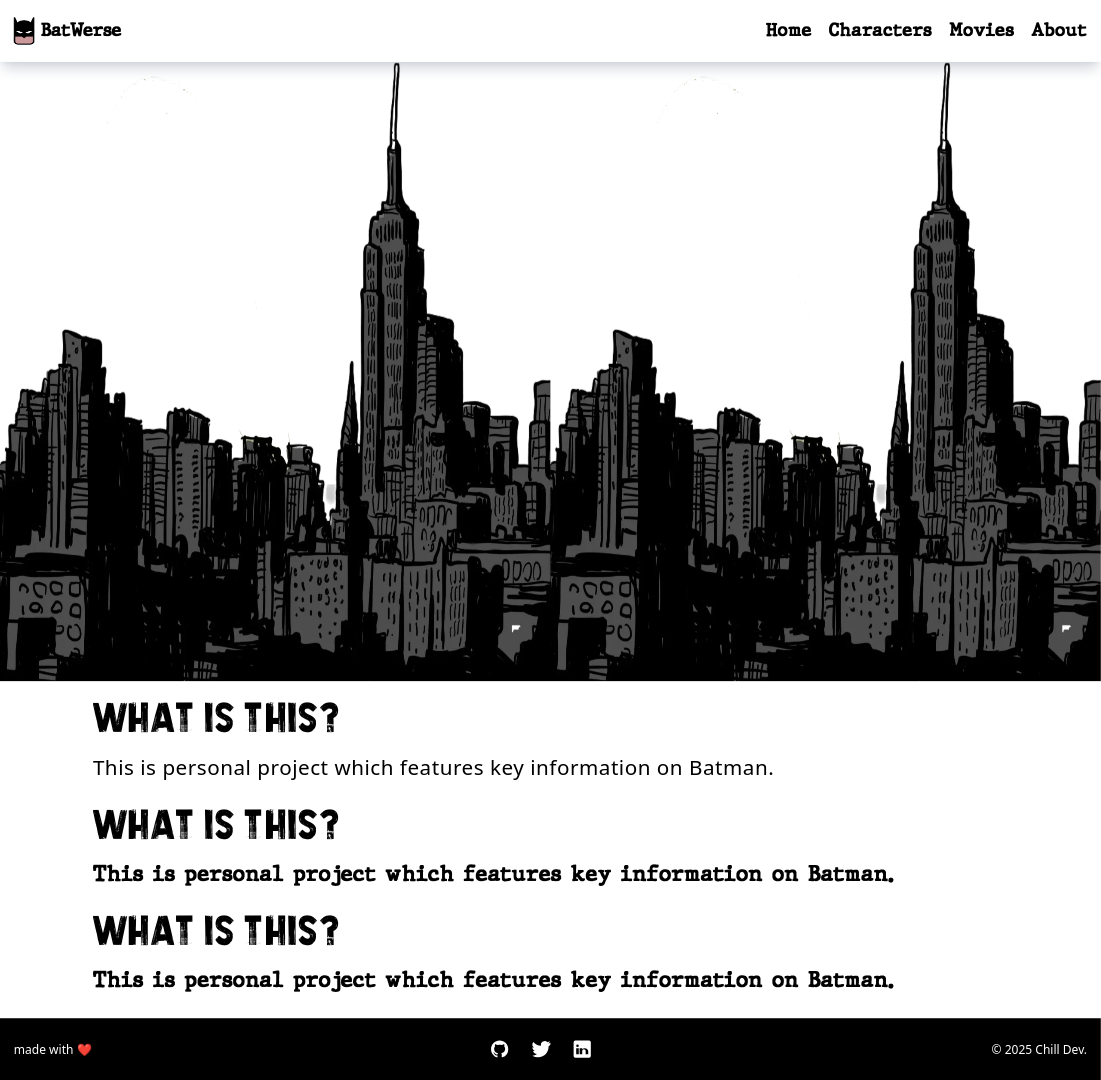
Repository: pgyunknown/project_Batman
Page: /
These files come from the project's save history. The page is drawn as it stood at one moment and after a run of saves; the edit follows.
The browser window is 1280 px wide. The pictures show the whole page, at 86% of full size.
Some web fonts or font styles are not loaded; a fallback is used. The project was rebuilt for these pictures with package versions that can differ from the ones it lists, and the page was loaded fresh each time. Also part of the build but not shown: vite.config.js, src/pages/Characters.jsx, src/pages/Movies.jsx, src/pages/About.jsx.

Above is the page before, as saved 2025-03-19 20:33:02.

### src/main.jsx
import { StrictMode } from 'react'
import { createRoot } from 'react-dom/client'
import './index.css'
import App from './App.jsx'
import { BrowserRouter } from 'react-router-dom'
import MoviesDataProvider from './data/MoviesContextData.jsx'
import CharDataProvider from './data/CharContextData.jsx'

createRoot(document.getElementById('root')).render(
  <BrowserRouter>
    <MoviesDataProvider>
      <CharDataProvider>
        <App/>
        </CharDataProvider>
    </MoviesDataProvider>
  </BrowserRouter>
)

### src/index.css
@import url('https://fonts.googleapis.com/css2?family=Montaga&family=Titillium+Web:ital,wght@0,200;0,300;0,400;0,600;0,700;0,900;1,200;1,300;1,400;1,600;1,700&display=swap');

@font-face {
    font-family: "Batman";
    src: url("src/fonts/JMH Typewriter-Black.otf") format("opentype");
}

@font-face {
    font-family: "Rushford";
    src: url("src/fonts/Rushford Printed.otf") format("opentype");
}

@font-face {
    font-family: "Personal";
    src: url("src/fonts/Personal Services.ttf") format("truetype");
}

@font-face {
    font-family: "HeadingNow";
    src: url("src/fonts/HeadingNowTrial-04Regular.ttf");
}

@font-face {
    font-family: "American";
    src: url("src/fonts/American Captain.otf");
}

@font-face {
    font-family: "Inter";
    src: url("src/fonts/Inter-VariableFont_opsz,wght.ttf");
}


@import "tailwindcss";

@theme{
    --font-batmanFont: "Batman", sans-serif;
    --font-web: Titillium Web, "sans-serif";
    --font-doto: Doto, sans-serif;
    --font-rushford : Rushford,"sans-serif";
    --font-personal : Personal,"sans-serif";
    --font-heading:HeadingNow,"sans-serif";
    --font-american:American,"sans-serif";
    --font-inter:Inter,"sans-serif";
}

### src/App.jsx
import { Route, Routes } from "react-router-dom";
import Header from "./components/Header";
import Home from "./pages/Home";
import Characters from "./pages/Characters";
import Movies from "./pages/Movies";
import About from "./pages/About";
import Footer from "./components/Footer";



const App = () => {
  return (
    <>
    <Header></Header>

      <Routes>
        <Route path="/" element={<Home/>}></Route>
        <Route path="/Characters" element={<Characters/>}></Route>
        <Route path="/Movies" element={<Movies />}></Route>
        <Route path="/About" element={<About />}></Route>
        </Routes>
      <Footer></Footer>
    </>
  );
}

export default App

### src/data/MoviesContextData.jsx
import React from 'react'
import { createContext } from 'react';
import App from '../App';

  export const MovieDataContext = createContext();

const MoviesDataProvider = ({ children }) => {
const movies = [
  {
    "title": "Batman: The Movie",
    "year": 1966,
    "director": "Leslie H. Martinson",
    "type": "Live-Action",
    "poster": "public/Batman1966.jpg",
    "rating": 6.5,
    "trailer": "https://youtu.be/TdG2V4vhPjg?si=4gb9nQj87XjFFF5h"
  },
  {
    "title": "Batman",
    "year": 1989,
    "director": "Tim Burton",
    "type": "Live-Action",
    "poster": "public/Batman1989.jpg",
    "rating": 7.5,
    "trailer": "https://youtu.be/dgC9Q0uhX70?si=pfMCoPX4PSPvW1a7"
  },
  {
    "title": "Batman Returns",
    "year": 1992,
    "director": "Tim Burton",
    "type": "Live-Action",
    "poster": "public/BatmanReturns.jpg",
    "rating": 7.1,
    "trailer": "https://youtu.be/repBHGIny0c?si=GtSZZTmQY5YuPTcJ"
  },
  {
    "title": "Batman: Mask of the Phantasm",
    "year": 1993,
    "director": "Eric Radomski, Bruce Timm",
    "type": "Animated",
    "poster": "public/Batman_mask_of_the_phantasm.jpg",
    "rating": 7.8,
    "trailer": "https://youtu.be/imtYrQEZ4H8?si=7nnq-efhg3wbCFPN"
  },
  {
    "title": "Batman Forever",
    "year": 1995,
    "director": "Joel Schumacher",
    "type": "Live-Action",
    "poster": "public/Batman_Forever_poster.png",
    "rating": 5.4,
    "trailer": "https://youtu.be/ROLvjRB4E_Q?si=qPgISb9PCPN-YFEI"
  },
  {
    "title": "Batman & Robin",
    "year": 1997,
    "director": "Joel Schumacher",
    "type": "Live-Action",
    "poster": "public/Batman_&_Robin.jpg",
    "rating": 3.7,
    "trailer": "https://youtu.be/vHoCb78b97A?si=Zfa3RYv36ES8baUg"
  },
  {
    "title": "Batman Begins",
    "year": 2005,
    "director": "Christopher Nolan",
    "type": "Live-Action",
    "poster": "public/Batman_Begins.jpg",
    "rating": 8.2,
    "trailer": "https://youtu.be/qHhHIbNuok8?si=1Gx6gT5VXzpfr3cm"
  },
  {
    "title": "The Dark Knight",
    "year": 2008,
    "director": "Christopher Nolan",
    "type": "Live-Action",
    "poster": "public/The_Dark_Knight.jpg",
    "rating": 9.0,
    "trailer": "https://youtu.be/EXeTwQWrcwY?si=jm1wxVJ8UWzOz0uy"
  },
  {
    "title": "The Dark Knight Rises",
    "year": 2012,
    "director": "Christopher Nolan",
    "type": "Live-Action",
    "poster": "public/Dark_knight_rises.jpg",
    "rating": 8.4,
    "trailer": "https://youtu.be/g8evyE9TuYk?si=w-kE5NZj5gE4Pf3f"
  },
  {
    "title": "Batman v Superman: Dawn of Justice",
    "year": 2016,
    "director": "Zack Snyder",
    "type": "Live-Action",
    "poster": "public/Batman_v_Superman_Dawn_of_Justice.jpg",
    "rating": 6.4,
    "trailer": "https://youtu.be/0WWzgGyAH6Y?si=v3P8qx-550BwJkFd"
  },
  {
    "title": "The Lego Batman Movie",
    "year": 2017,
    "director": "Chris McKay",
    "type": "Animated",
    "poster": "public/The_Lego_Batman_Movie.jpg",
    "rating": 7.3,
    "trailer": "https://youtu.be/zhIRbLHVD8o?si=ZEZxlmZ5Ggvd7l0j"
  },
  {
    "title": "Batman and Harley Quinn",
    "year": 2017,
    "director": "Sam Liu",
    "type": "Animated",
    "poster": "public/Batman_Harly_Queen.jpg",
    "rating": 5.9,
    "trailer": "https://youtu.be/z0pI8TT9AZ0?si=LLQY_2KE5143wwRL"
  },
  {
    "title": "The Batman",
    "year": 2022,
    "director": "Matt Reeves",
    "type": "Live-Action",
    "poster": "public/The_Batman.jpg",
    "rating": 7.9,
    "trailer": "https://youtu.be/mqqft2x_Aa4?si=RHrFASm1bH8ZrcCo"
  }
];


  return (
    <MovieDataContext.Provider value={{ movies }}>
      {children}
  </MovieDataContext.Provider>
  )
}



export default MoviesDataProvider

### src/data/CharContextData.jsx
import { createContext, useContext } from "react";

export const CharDataContext = createContext();
const CharDataProvider = ({ children }) => {

const coreCharacters = [
  {
    "name": "Bruce Wayne",
    "alias": "Batman",
    "firstAppearance": "Detective Comics #27 (1939)",
    "affiliation": ["Justice League", "Bat-Family"],
    "abilities": ["Peak human condition", "Martial arts master", "Genius-level intellect", "Expert detective", "High-tech gadgets"],
    "notableStorylines": ["Year One", "The Dark Knight Returns", "Hush", "The Killing Joke"],
    "iconicQuotes": ["It's not who I am underneath, but what I do that defines me."],
    "image": "public/BatmanDp.webp"
  },
  {
    "name": "Dick Grayson",
    "alias": "Robin / Nightwing",
    "firstAppearance": "Detective Comics #38 (1940)",
    "affiliation": ["Teen Titans", "Justice League", "Bat-Family"],
    "abilities": ["Master acrobat", "Skilled martial artist", "Leadership", "Expert detective"],
    "notableStorylines": ["The Judas Contract", "Batman: Prodigal", "Nightwing: Year One"],
    "iconicQuotes": ["Batman taught me everything except how to let someone else in."],
    "image": "public/Dick _Grayson.webp"
  },
  {
    "name": "Selina Kyle",
    "alias": "Catwoman",
    "firstAppearance": "Batman #1 (1940)",
    "affiliation": ["Bat-Family", "Gotham's criminal underworld"],
    "abilities": ["Expert thief", "Martial artist", "Agility and acrobatics", "Skilled whip user"],
    "notableStorylines": ["Hush", "Batman: Year One", "Catwoman: When in Rome"],
    "iconicQuotes": ["I am Catwoman. Hear me roar."],
    "image": "public/Catwoman.jpg"
  },
  {
    "name": "Joker",
    "alias": "Clown Prince of Crime",
    "firstAppearance": "Batman #1 (1940)",
    "affiliation": ["Gotham's criminal underworld"],
    "abilities": ["Criminal mastermind", "Chemistry and engineering", "Psychological manipulation", "High unpredictability"],
    "notableStorylines": ["The Killing Joke", "Death of the Family", "A Death in the Family"],
    "iconicQuotes": ["Why so serious?", "All it takes is one bad day."],
    "image": "public/Joker.png"
  },
  {
    "name": "Bane",
    "alias": "The Man Who Broke the Bat",
    "firstAppearance": "Batman: Vengeance of Bane #1 (1993)",
    "affiliation": ["League of Assassins"],
    "abilities": ["Superhuman strength (with Venom)", "Genius-level strategist", "Skilled hand-to-hand combatant"],
    "notableStorylines": ["Knightfall", "Bane of the Demon"],
    "iconicQuotes": ["I will break you, Batman."],
    "image": "./Bane.png"
  },
  {
    "name": "Two-Face",
    "alias": "Harvey Dent",
    "firstAppearance": "Detective Comics #66 (1942)",
    "affiliation": ["Gotham's criminal underworld"],
    "abilities": ["Expert strategist", "Marksmanship", "Knowledge of the law"],
    "notableStorylines": ["The Long Halloween", "Dark Victory"],
    "iconicQuotes": ["Two minds are better than one."],
    "image": "public/TwoFace.png"
  },
  {
    "name": "Ra's al Ghul",
    "alias": "The Demon's Head",
    "firstAppearance": "Batman #232 (1971)",
    "affiliation": ["League of Assassins"],
    "abilities": ["Immortality (via Lazarus Pit)", "Master tactician", "Skilled martial artist"],
    "notableStorylines": ["Son of the Demon", "Birth of the Demon"],
    "iconicQuotes": ["Detective, join me, and we can save the world."],
    "image": "public/Ra's_al_Ghul.png"
  },
  {
    "name": "Harley Quinn",
    "alias": "Dr. Harleen Quinzel",
    "firstAppearance": "Batman: The Animated Series (1992)",
    "affiliation": ["Gotham's criminal underworld", "Suicide Squad"],
    "abilities": ["Psychiatric expertise", "Gymnastics", "Immunity to toxins"],
    "notableStorylines": ["Mad Love", "Harley Quinn: Breaking Glass"],
    "iconicQuotes": ["I'm not just a sidekick, puddin'."],
    "image": "public/HarleyQuinn.jpg"
  },
  {
    "name": "Scarecrow",
    "alias": "Dr. Jonathan Crane",
    "firstAppearance": "World's Finest Comics #3 (1941)",
    "affiliation": ["Gotham's criminal underworld"],
    "abilities": ["Expert in fear psychology", "Use of fear toxins"],
    "notableStorylines": ["Fear State", "As the Crow Flies"],
    "iconicQuotes": ["I am fear incarnate."],
    "image": "public/Scarecrow.png"
  },
  {
    "name": "Poison Ivy",
    "alias": "Pamela Isley",
    "firstAppearance": "Batman #181 (1966)",
    "affiliation": ["Gotham's criminal underworld", "Birds of Prey"],
    "abilities": ["Control over plants", "Toxic immunity", "Seductive manipulation"],
    "notableStorylines": ["Hush", "Cycle of Life and Death"],
    "iconicQuotes": ["Nature always wins."],
    "image": "public/Poison_Ivy.png"
  }
];

  return (
    <CharDataContext.Provider value={{coreCharacters}}>
      {children}
    </CharDataContext.Provider>
  )
}

export default CharDataProvider

### src/components/Header.jsx
  // import React from 'react'
  // import { useState } from 'react'

  // const Header = () => {
  //   const [mobileOpen, setMobileOpen] = useState(false)

  //   const toggleButton = () => {
  //     setMobileOpen(!mobileOpen);
  //   }
  //   return (
  //     <>
  //       <nav className='sticky z-50 top-0 py-5  drop-shadow-2xl'>
  //         <div className='container px-4 mx-auto relative text-sm'>
  //           <div className='flex justify-center items-center '>
  //             <div className='flex items-center flex-shrink-0'>
  //               <img className='h-8 w-6 mr-2' src='/BatLogo.png' />
  //               <span className='text-xl tracking-tight'>BatWerse</span>
  //             </div>
  //             <ul className='hidden lg:flex md:flex ml-5 space-x-5'>
  //               <li>Home</li>
  //               <li>Chart</li>
  //               <li>Movies</li>
  //               <li>About</li>
  //             </ul>
  //             <div className='lg:hidden md:hidden sm:order-3'>
  //             <button onClick={toggleButton}>
  //               {mobileOpen ? (
  //                 <img src='/batOpen.png' alt='Open Icon' className='w-6 h-6' />
  //               ) : (
  //                 <img src='/batClose.png' alt='Close Icon' className='w-6 h-6' />
  //               )}
  //             </button>
  //           </div>
  //           </div>
  //         </div>
  //       </nav>
  //     </>
  //   )
  // }

  // export default Header

  import React, { useState } from 'react';
import { Link } from 'react-router-dom';

  const Header = () => {
    const [mobileOpen, setMobileOpen] = useState(false);

    const toggleButton = () => {
      setMobileOpen(!mobileOpen);
    };
    const closeMenu=()=>setMobileOpen(false);
    return (
      <nav className=' z-50 top-0 py-5 shadow-lg shadow-gray-300  bg-white '>
        <div className='container px-4 mx-auto relative text-sm'>
          <div className='flex justify-between items-center'>
            <div className='flex items-center flex-shrink-0 '>
              <Link to={'/'}><img className='h-8 w-6 mr-2' src='/batMan.png' alt='Logo' /></Link>
              <span className='sm:text-xl text-lg tracking-tight font-batmanFont'>BatWerse</span>
            </div>

            <ul className='hidden lg:flex md:flex  space-x-5 text-xl font-batmanFont'>
              <li><Link to='/'>Home</Link></li>
              <li><Link to='/Characters'>Characters</Link></li>
              <li><Link to='/Movies'>Movies</Link></li>
              <li><Link to='/About'>About</Link></li>
            </ul>

            <div className='lg:hidden md:hidden'>
              <button onClick={toggleButton} className="object-cover ">
                {mobileOpen ? (
                  <img src='/batOpen.png'  alt='Open Icon' className='h-12 w-8' />
                ) : (
                  <img src='/batClose.png' alt='Close Icon' className='h-8 w-8 ' />
                )}
              </button>
            </div>
          </div>
            {mobileOpen && (
            <div className='fixed right-0 z-100 bg-black lg:hidden md:hidden flex justify-center items-center w-full p-2  '>
              <ul className='flex flex-col text-white  space-y-2 tracking-widest font-thin font-batmanFont'>
              <li><Link to='/' onClick={closeMenu}>Home</Link></li>
              <li><Link to='/Characters' onClick={closeMenu}>Characters</Link></li>
              <li><Link to='/Movies' onClick={closeMenu}>Movies</Link></li>
              <li><Link to='/About' onClick={closeMenu}>About</Link></li>
              </ul>
            </div>
          )}
        </div>

      </nav>
    );
  };

  export default Header;

### src/pages/Home.jsx
import React from 'react'
import Header from '../components/Header'

const Home = () => {
  return (
    <>
    <div className="w-full sm:h-screen ">
      <img src="/bannerPic.webp" className="w-full  sm:h-[100vh] h-[50vh] " />
      </div>
      <div className='sm:my-5 sm:mx-25  my-5 mx-5'>
        <h1 className='sm:text-4xl sm:p-2 text-xl font-personal'>What is this?</h1>
        <p className='sm:text-2xl sm:p-2 text-sm tracking-wide ōfont-batmanFont'>
          This is personal project which features key information on Batman.
        </p>
      </div>
            <div className='sm:my-5 sm:mx-25 text-2xl my-5 mx-5'>
        <h1 className='sm:text-4xl sm:p-2 text-3xl font-personal'>What is this?</h1>
        <p className='sm:text-2xl sm:p-2 text-base font-batmanFont'>
          This is personal project which features key information on Batman.
        </p>
      </div>
            <div className='sm:my-5 sm:mx-25 text-2xl my-5 mx-5'>
        <h1 className='sm:text-4xl sm:p-2 text-3xl font-personal'>What is this?</h1>
        <p className='sm:text-2xl sm:p-2 text-base font-batmanFont'>
          This is personal project which features key information on Batman.
        </p>
      </div>

    </>
    )
}

export default Home

### src/components/Footer.jsx
import React from 'react'

const Footer = () => {
  return (
  <footer className="bg-black text-white py-6 md:mt-5 m-0">
  <div className="container mx-auto flex flex-col md:flex-row items-center justify-between px-4">
    <p className="mb-3 md:m-0 text-xs md:text-sm">made with ❤️</p>
    <div className="flex space-x-6">


      <a href="https://github.com/pgyunknown" target="_blank" className="hover:text-gray-400">
        <svg className="w-6 h-6" fill="currentColor" viewBox="0 0 24 24">
          <path d="M12 2C6.48 2 2 6.48 2 12c0 4.42 2.87 8.18 6.84 9.5.5.09.66-.22.66-.48v-1.7c-2.78.6-3.37-1.34-3.37-1.34-.45-1.16-1.1-1.47-1.1-1.47-.9-.62.07-.61.07-.61 1 .07 1.52 1.04 1.52 1.04.89 1.52 2.34 1.08 2.91.83.09-.64.35-1.08.63-1.33-2.22-.25-4.56-1.11-4.56-4.93 0-1.09.39-1.98 1.02-2.67-.1-.25-.44-1.27.1-2.65 0 0 .84-.27 2.75 1.02a9.43 9.43 0 012.5-.34c.85 0 1.71.11 2.5.34 1.91-1.29 2.75-1.02 2.75-1.02.54 1.38.2 2.4.1 2.65.64.69 1.02 1.58 1.02 2.67 0 3.84-2.34 4.68-4.57 4.93.36.31.68.91.68 1.84v2.73c0 .27.16.58.67.48A10.003 10.003 0 0022 12c0-5.52-4.48-10-10-10z"/>
        </svg>
      </a>


      <a href="https://x.com/cody_hunk?t=EkARfGCWhhBT_BHbby4DGw&s=08" target="_blank" className="hover:text-white">
        <svg className="w-6 h-6" fill="currentColor" viewBox="0 0 24 24">
          <path d="M23 4.5c-.8.4-1.6.7-2.5.8a4.4 4.4 0 001.9-2.4c-.9.5-1.8.9-2.8 1.1a4.4 4.4 0 00-7.5 4c-3.6-.2-6.8-1.9-8.9-4.4A4.3 4.3 0 002 6.6c0 1.5.8 2.9 2 3.6a4.3 4.3 0 01-2-.6v.1c0 2.1 1.4 3.8 3.2 4.2-.4.1-.9.2-1.4.2-.3 0-.7 0-1-.1.7 2 2.5 3.5 4.7 3.5A8.9 8.9 0 012 19.5a12.3 12.3 0 006.6 2c7.9 0 12.3-6.6 12.3-12.3v-.5c.9-.7 1.6-1.5 2.2-2.5z"/>
        </svg>
      </a>

      <a href="https://www.linkedin.com/in/p-gokul-yadav-82548a295?utm_source=share&utm_campaign=share_via&utm_content=profile&utm_medium=android_app" target="_blank" className="hover:text-blue-700">
        <svg className="w-6 h-6" fill="currentColor" viewBox="0 0 24 24">
          <path d="M20 2H4a2 2 0 00-2 2v16a2 2 0 002 2h16a2 2 0 002-2V4a2 2 0 00-2-2zM8 18H5v-7h3v7zM6.5 9.5a1.5 1.5 0 110-3 1.5 1.5 0 010 3zM19 18h-3v-4c0-1.1-.9-2-2-2s-2 .9-2 2v4h-3v-7h3v1a4 4 0 013-1.2c2.2 0 4 1.8 4 4v3z"/>
        </svg>
      </a>
    </div>
    <p className="mt-3 md:m-0 text-xs md:text-sm">&copy; 2025 Chill Dev.</p>
  </div>
</footer>

  )
}

export default Footer

Loaded but not shown: index.html (common file)

After the next 2 saves:
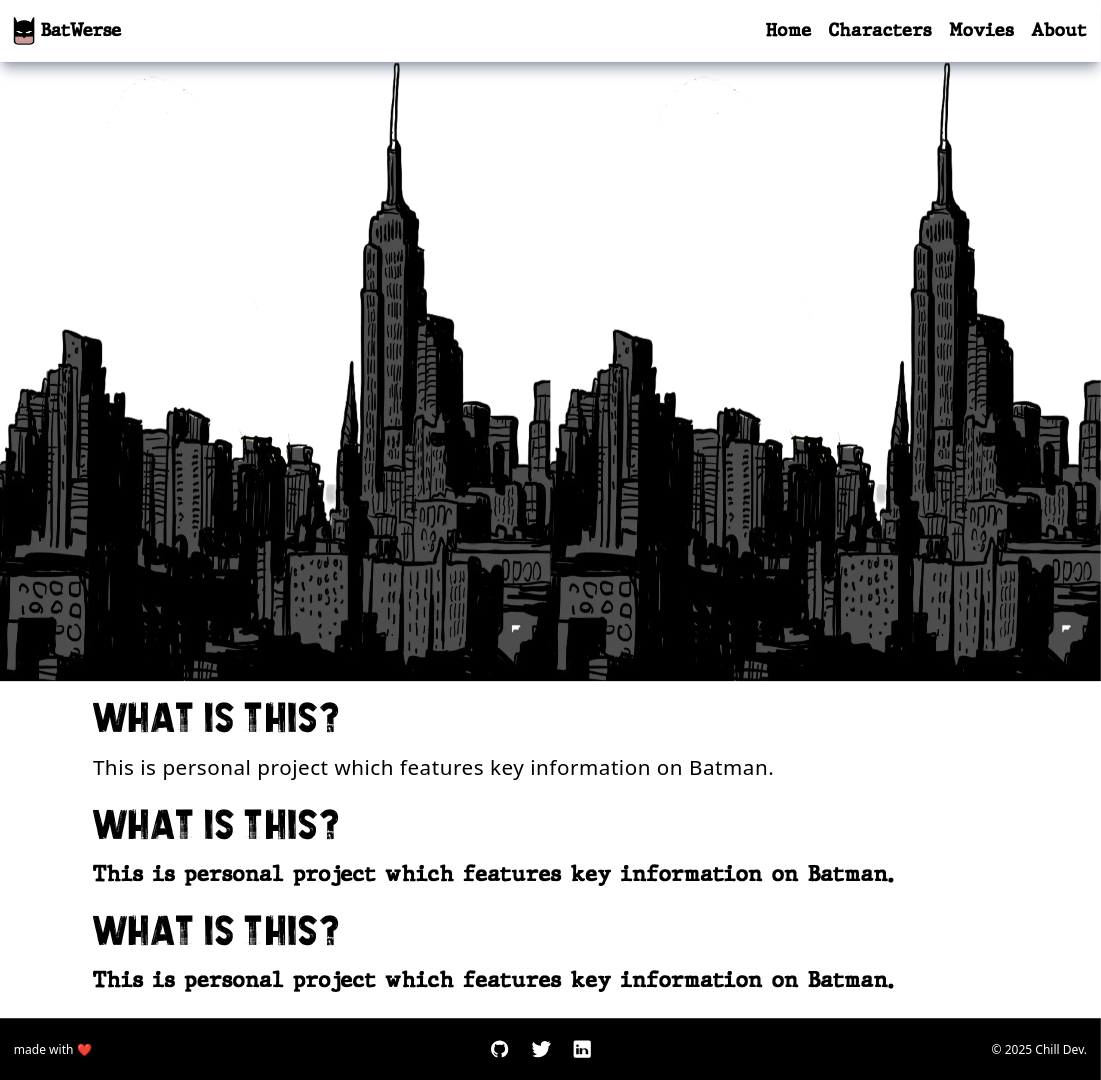
The 2 saves are shown as one change because they came seconds apart.
The last was saved 11 s later.
--- a/src/components/Header.jsx
+++ b/src/components/Header.jsx
@@ -51,7 +51,7 @@
     };
     const closeMenu=()=>setMobileOpen(false);
     return (
-      <nav className=' z-50 top-0 py-5 shadow-lg shadow-gray-300  bg-white '>
+      <nav className=' z-50 top-0 py-5 shadow-lg shadow-gray-400  bg-white '>
         <div className='container px-4 mx-auto relative text-sm'>
           <div className='flex justify-between items-center'>
             <div className='flex items-center flex-shrink-0 '>
